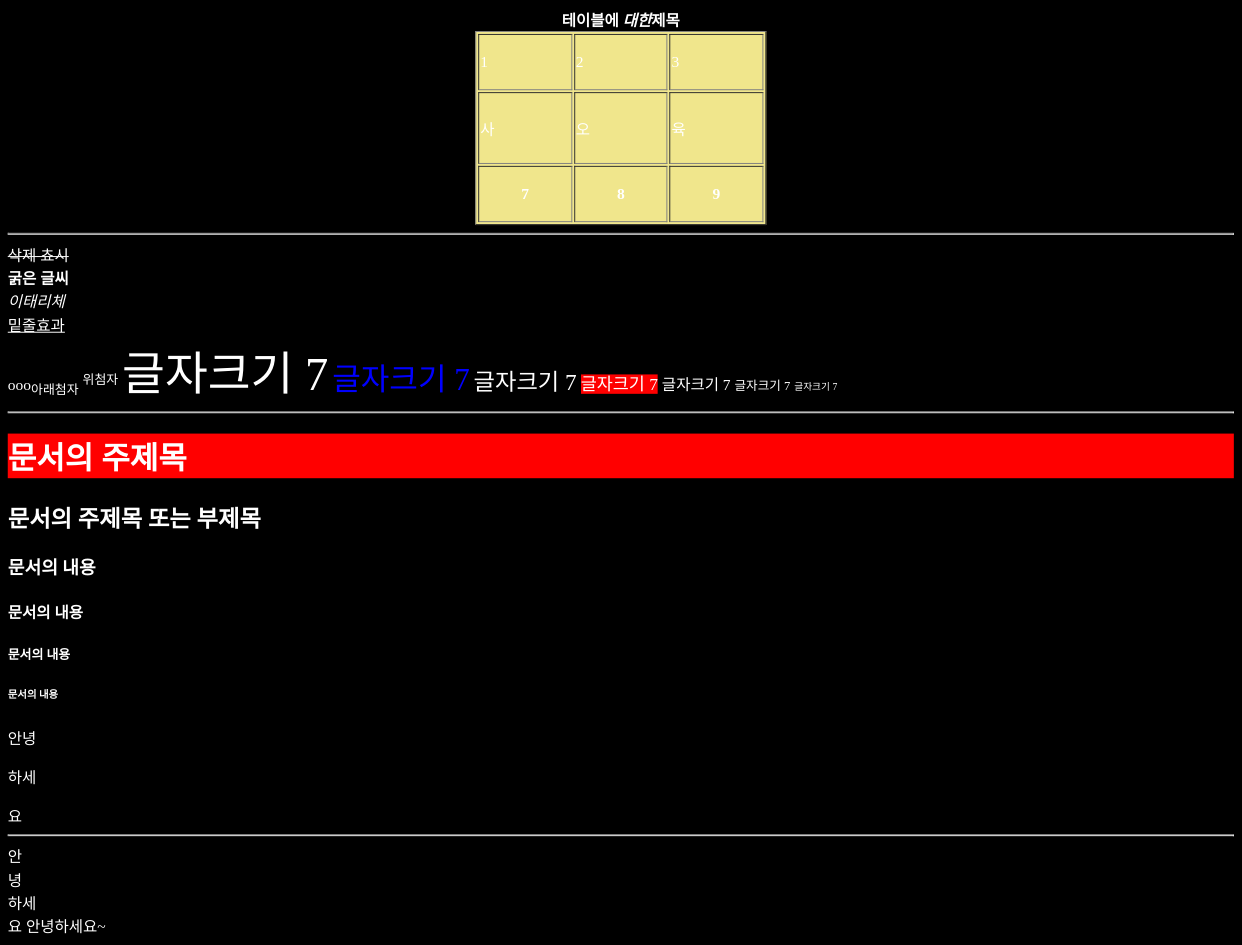
Repository: sjh86/html-day01
Page: html/day01.html
The author's editor kept a copy of each file at every save. The page is drawn from the files as they stood at one save, then again after the next save.
The browser window is 1280 px wide. The pictures show the whole page, at 97% of full size.

Above is the page before, as saved 2021-10-04 05:26:25.

### html/day01.html
<!DOCTYPE html>
<html>
<head>
<meta charset="EUC-KR">
<title>Insert title here</title>
</head>
<body text="white" bgcolor="black">

<table border="1" align="center" height="200" width="300" bgcolor="khaki">
	<caption> <b>테이블에 <i>대한</i>제목</b></caption>





	<tr>
		<td>1</td><td>2</td><td>3</td>
	</tr>
	<tr>
		<td>사</td><td>오</td><td>육</td>
	</tr>
	<tr>
		<th>7</th><th>8</th><th>9</th>
	</tr>
</table>

<hr>





<strike>삭제 쵸시</strike> <br>
<b>굵은 글씨</b> <br>
<i>이태리체</i> <br>
<u>밑줄효과</u> <br>
ooo<sub>아래첨자</sub> <sup>위첨자</sup>


<font size = "7">글자크기 7</font>
<font size = "6" face="궁서체" color = "blue">글자크기 7</font>
<font size = "5">글자크기 7</font>
<font size = "4" style="background-color: red;">글자크기 7</font>
<font size = "3">글자크기 7</font>
<font size = "2">글자크기 7</font>
<font size = "1">글자크기 7</font>

<hr>

<h1 style="background-color: red;">문서의 주제목</h1>
<h2>문서의 주제목 또는 부제목</h2>
<h3>문서의 내용</h3>
<h4>문서의 내용</h4>
<h5>문서의 내용</h5>
<h6>문서의 내용</h6>
안녕
<p>하세</p>
요
<hr>
안<br>녕<br>
하세<br>
요
<!--

주석
 -->
	안녕하세요~
</body>
</html>

After the next save:
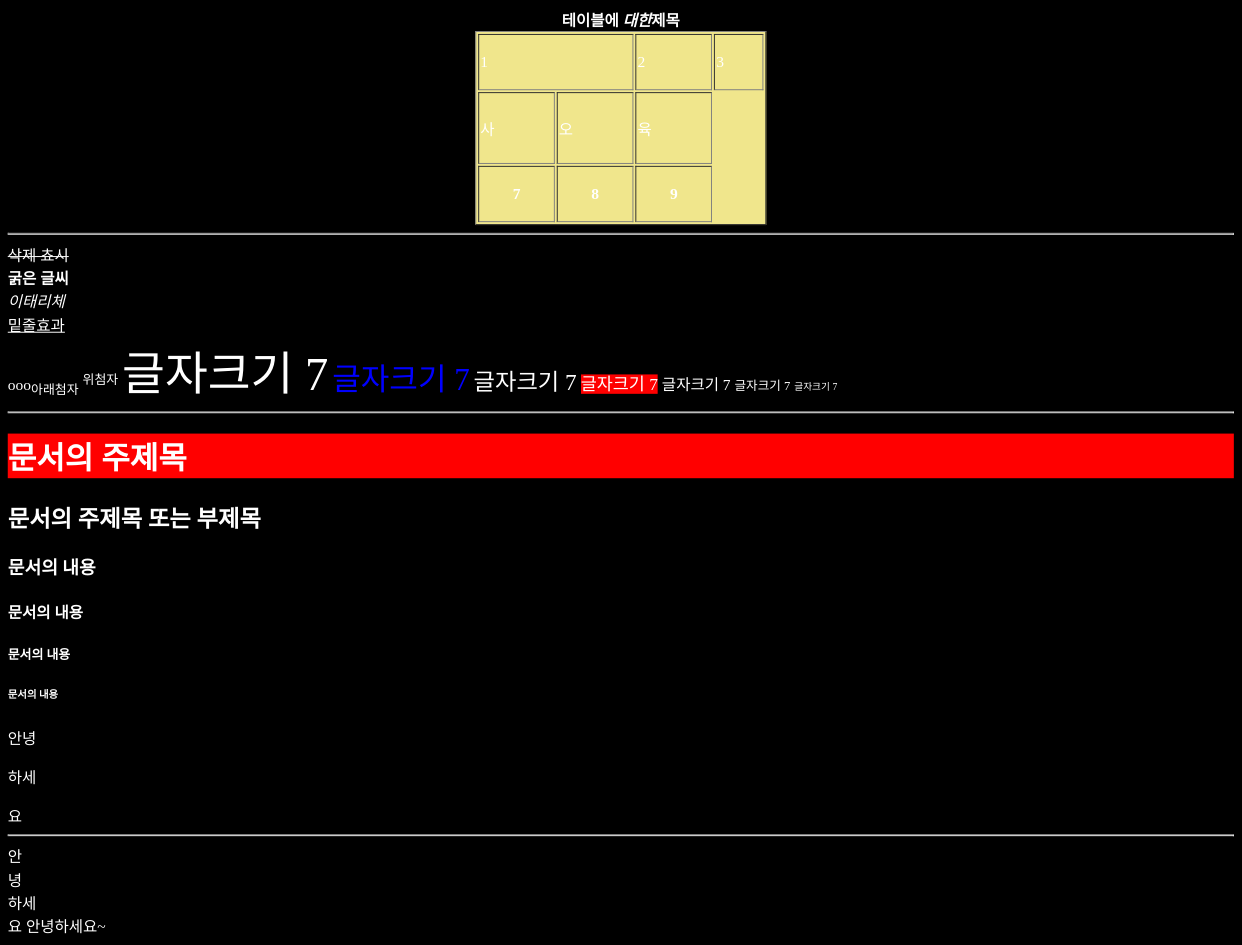
Saved 84 s later.
--- a/html/day01.html
+++ b/html/day01.html
@@ -14,7 +14,7 @@
 
 
 	<tr>
-		<td>1</td><td>2</td><td>3</td>
+		<td colspan="2">1</td><td>2</td><td>3</td>
 	</tr>
 	<tr>
 		<td>사</td><td>오</td><td>육</td>
